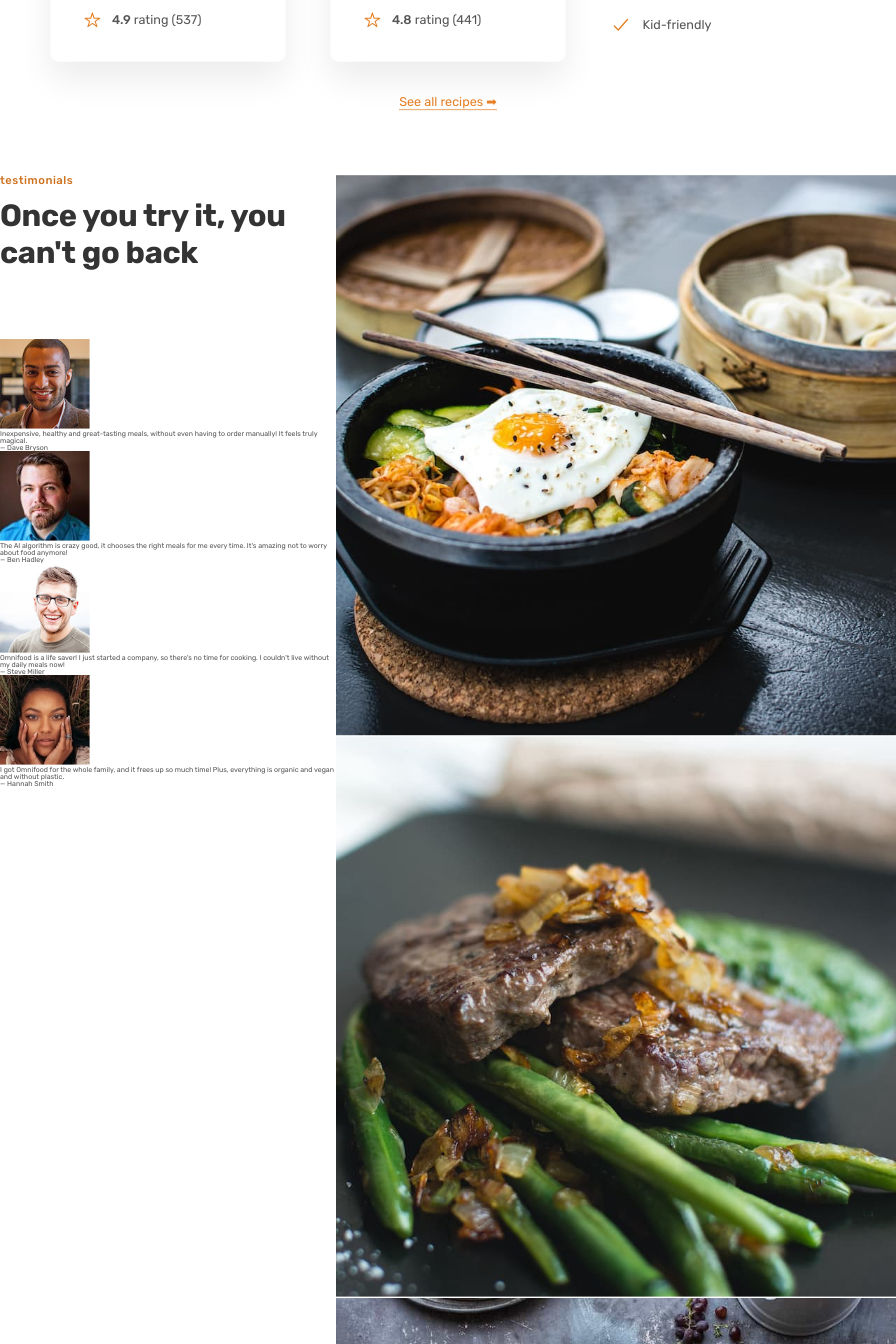
Repository: TranPhucThinh/Omnifood
Page: index.html
An editor plug-in stored every save of this project. The page is shown before and after the next save, followed by the edit.
The browser window is 1280 px wide. The pictures show the part of the page from y = 3346 to 5266 px (the page is 13220 px tall), at 70% of full size.

Above is the page before, as saved 2022-08-06 21:34:08.

After the next save:
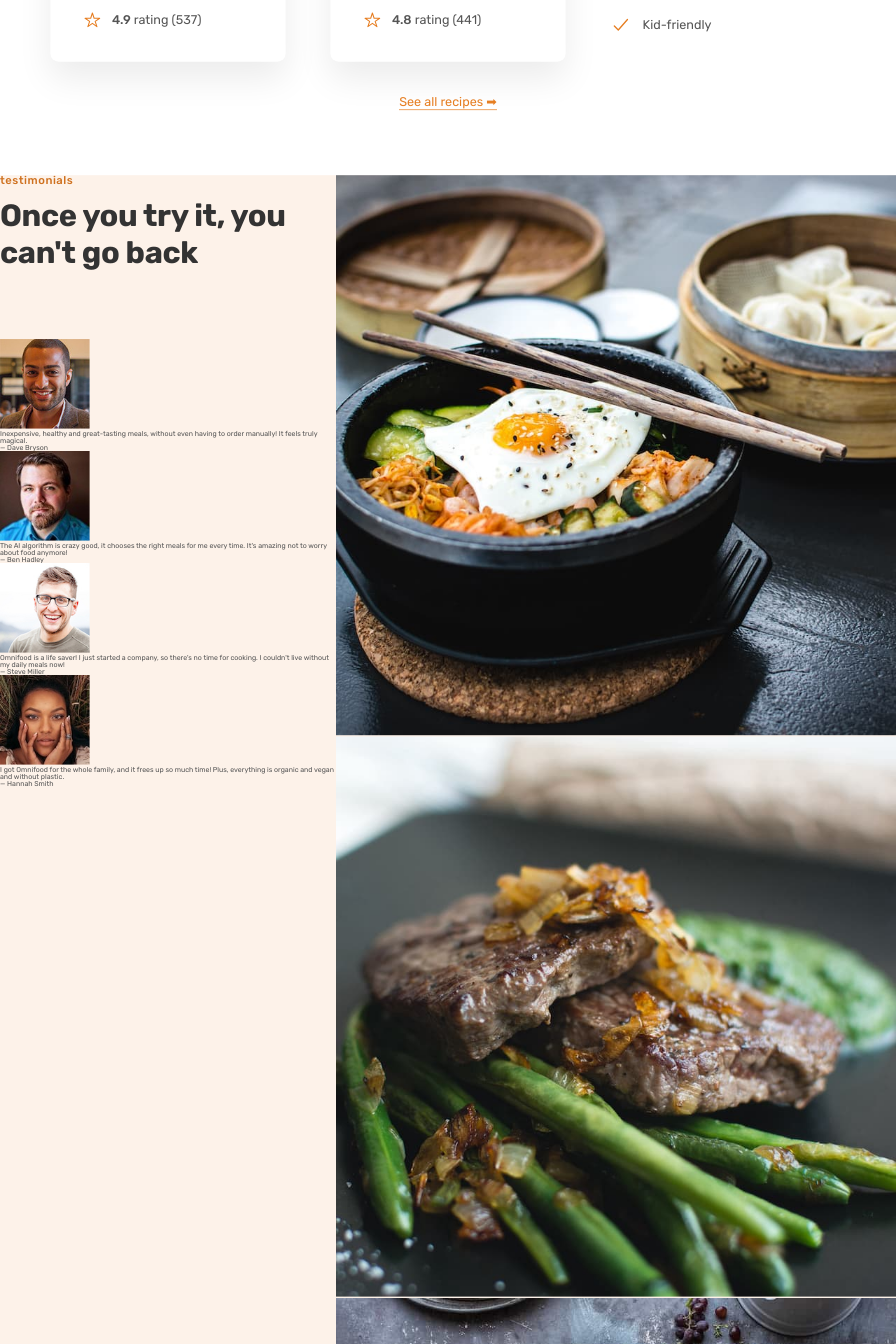
Saved 42 s later.
--- a/assets/styles/style.css
+++ b/assets/styles/style.css
@@ -299,5 +299,6 @@
 .section-testimonials {
   display: grid;
   grid-template-columns: 55fr 45fr;
+  background-color: #fdf2e9;
 }
 /* End of Section Testimonials */
